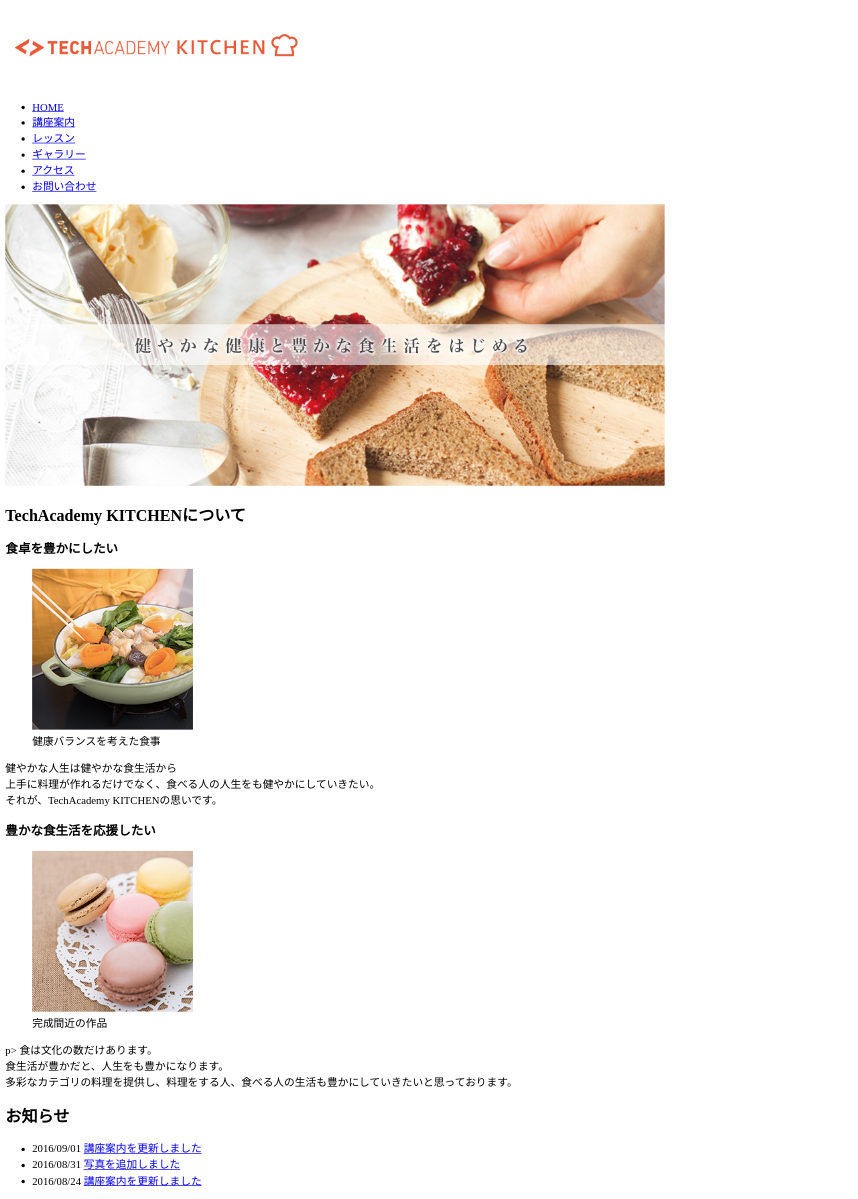
Repository: okugo/kadai-tasklist
Page: kitchen.html
The author's editor kept a record of every edit. The page is drawn from the files as they stood at one moment, then again after the next edit.
The browser window is 1280 px wide. The pictures show the whole page, at 67% of full size.

Above is the page before.

### kitchen.html
<!DOCTYPE html>
<html lang="ja">
    <head>
        <meta charset="UTF-8">
        <title>TechAcademy KITCHEN</title>
    </head>
    <body>
        <!--ここからヘッダー-->
        <header>
            <h1>
                <a href="kitchin.html"><img src="images_kitchen/logo.png" alt="TechAcademy KITCHEN"></a>
            </h1>
            <nav id="global_navi">
                <ul>
                    <li class="current"><a href="kitchen.html">HOME</a></li>
                    <li><a href="course.html">講座案内</a></li>
                    <li><a href="lesson.html">レッスン</a></li>
                    <li><a href="gallery.html">ギャラリー</a></li>
                    <li><a href="access.html">アクセス</a></li>
                    <li><a href="contact.html">お問い合わせ</a></li>
                </ul>
            </nav>
        </header>
        <!--ヘッダーここまで-->
        <!--ここからメインビジュアル画像-->
        <div id="main_visual">
            <img src="images_kitchen/main_visual.jpg" alt="健やかな健康と豊かな食生活をはじめる">
        </div>
        <!--メインビジュアル画像ここまで-->
        <!--ここからwrapperー-->
        <div id="wrapper">
            <!--ここからメイン-->
            <div id="main">
                <section id="point">
                    <h2>TechAcademy KITCHENについて</h2>
                    <section>
                        <h3>食卓を豊かにしたい</h3>
                        <figure>
                            <img src="images_kitchen/photo01.jpg" alt="TechAcademy KITCHENについて1">
                            <figcaption>健康バランスを考えた食事</figcaption>
                        </figure>
                        <p>
                            健やかな人生は健やかな食生活から<br>
                            上手に料理が作れるだけでなく、食べる人の人生をも健やかにしていきたい。<br>
                            それが、TechAcademy KITCHENの思いです。
                        </p>
                    </section>
                    <section>
                        <h3>豊かな食生活を応援したい</h3>
                        <figure>
                            <img src="images_kitchen/photo02.jpg" alt="TechAcademy KITCHENについて2">
                            <figcaption>完成間近の作品</figcaption>
                        </figure>
                        p>
                            食は文化の数だけあります。<br>
                            食生活が豊かだと、人生をも豊かになります。 <br>
                            多彩なカテゴリの料理を提供し、料理をする人、食べる人の生活も豊かにしていきたいと思っております。
                        </p>
                    </section>
                </section>
                <section id="news">
                    <h2>お知らせ</h2>
                    <ul>
                        <li>
                            <span>2016/09/01</span>
                            <a href="course.html">講座案内を更新しました</a>
                        </li>
                        <li>
                            <span>2016/08/31</span>
                            <a href="gallery.html">写真を追加しました</a>
                        </li>
                        <li>
                            <span>2016/08/24</span>
                            <a href="course.html">講座案内を更新しました</a>
                        </li>
                    </ul>
                </section>
            </div>
            <!--メインここまで-->
            <!--ここからサイド-->
            <aside id="sidebar">
            </aside>
            <!--サイドここまで-->
        </div>
        </div>
        <!--wrapperここまで-->
        <!--ここからフッター-->
        <footer>
        </footer>
        <!--フッターここまで-->
    </body>
</html>

After the next edit:
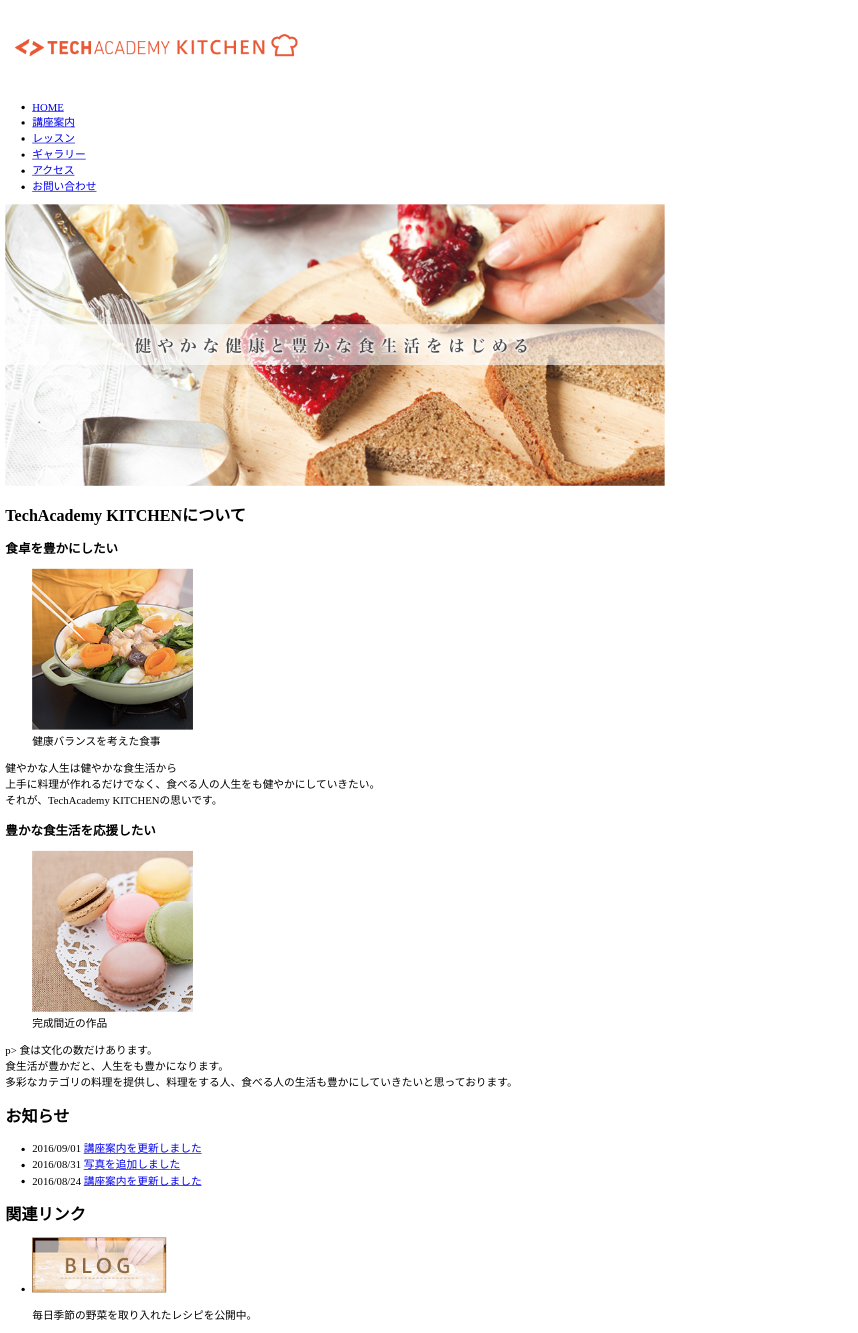
The edit:
--- a/kitchen.html
+++ b/kitchen.html
@@ -79,9 +79,17 @@
             <!--メインここまで-->
             <!--ここからサイド-->
             <aside id="sidebar">
+                <section id="side_banner">
+                    <h2>関連リンク</h2>
+                    <ul>
+                        <li>
+                            <a href="https://techacademy.jp/magazine/" target="_blank"><img src="images_kitchen/banner01.jpg" alt="ブログ"></a>
+                            <p>毎日季節の野菜を取り入れたレシピを公開中。</p>
+                        </li>
+                    </ul>
+                </section>
             </aside>
             <!--サイドここまで-->
-        </div>
         </div>
         <!--wrapperここまで-->
         <!--ここからフッター-->
